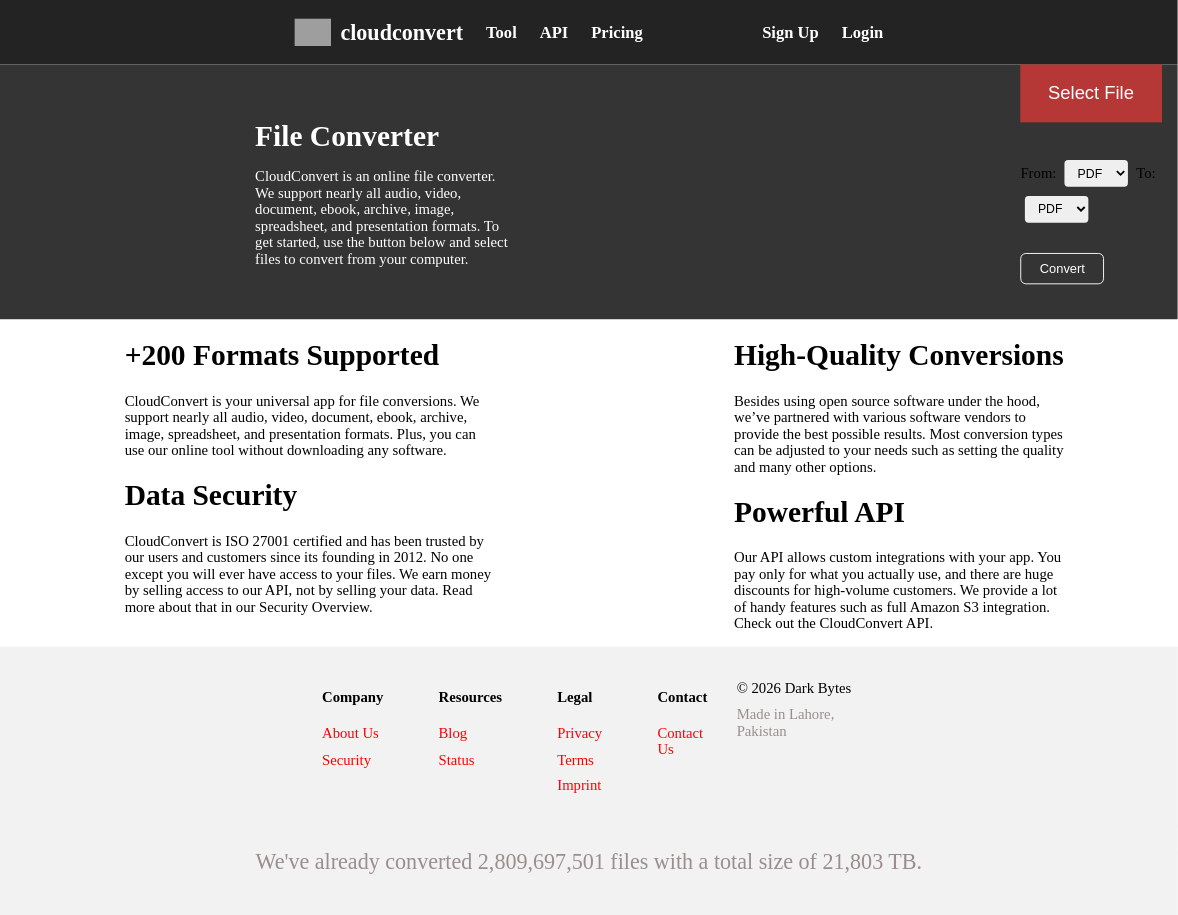
Repository: anfal-darkbytes/task_one
Page: http://localhost/
The author's editor kept a copy of each file at every save. The page is drawn from the files as they stood at one save, then again after the next save.
The browser window is 1280 px wide. The pictures show the whole page, at 92% of full size.
Pictures or frames that could not be fetched are drawn as grey boxes. The page is served by the project's application, run on Django 4.2 (manage.py).

Above is the page before, as saved 2026-01-09 07:15:49.

After the next save:
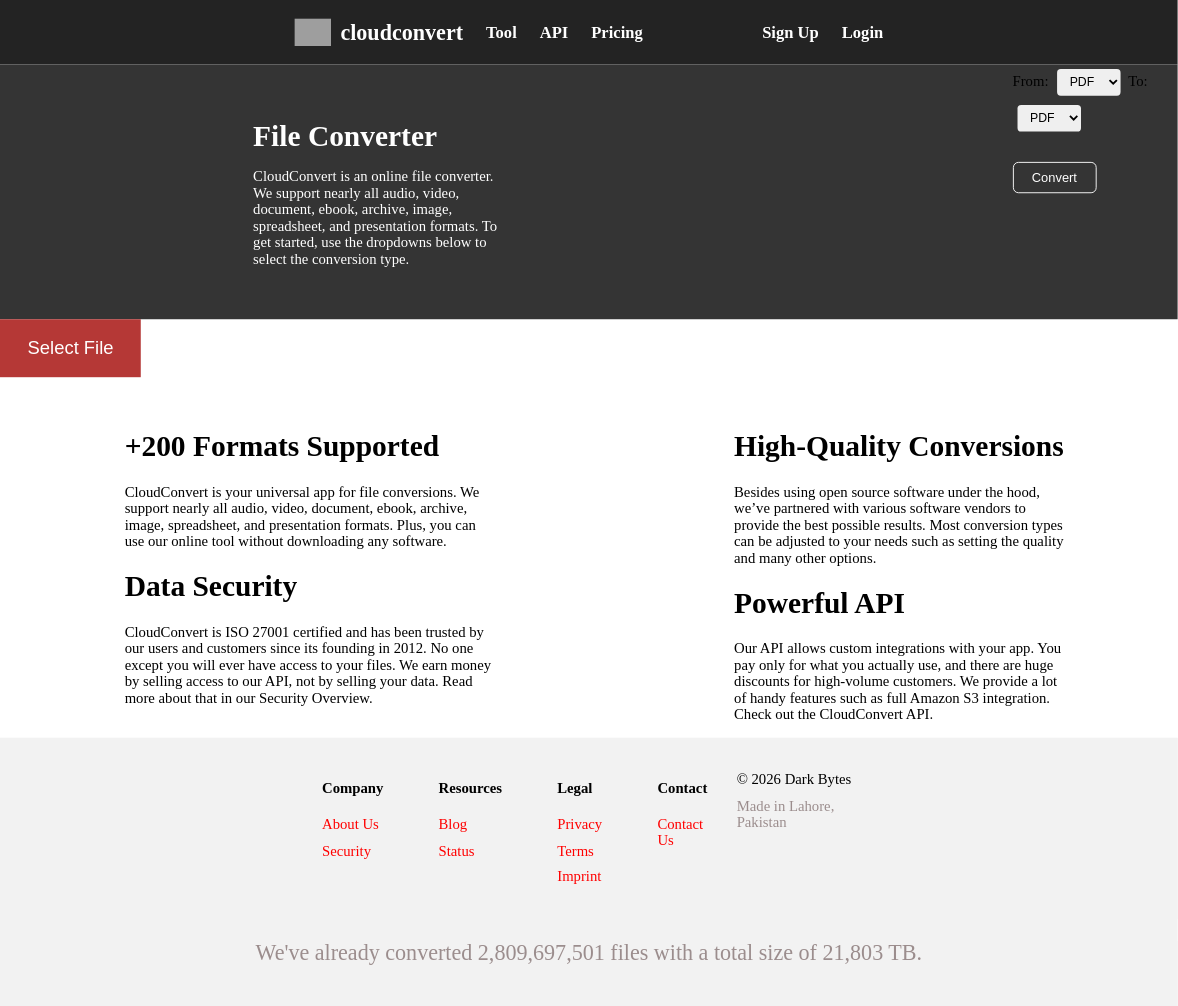
Saved 5 min 52 s later.
--- a/templates/index.html
+++ b/templates/index.html
@@ -8,8 +8,7 @@
           CloudConvert is an online file converter.
           We support nearly all audio, video, document, ebook,
           archive, image, spreadsheet, and presentation formats.
-          To get started, use the button below and select files
-          to convert from your computer.
+          To get started, use the dropdowns below to select the conversion type.
         </p>
     </div>
 
@@ -25,13 +24,7 @@
             <!-- Hidden file input -->
             <input type="file" name="file" id="file-input" style="display:none;" required>
 
-            <!-- Select File button -->
-            <button type="button" id="pick-image">
-                Select File
-            </button>
-
-            <br><br>
-            <!-- FROM / TO dropdowns below the button -->
+            <!-- FROM / TO dropdowns remain in top-body -->
             From:
             <select name="from_ext" required>
                 <option value="pdf">PDF</option>
@@ -54,6 +47,13 @@
 </div>
 
 <div class="middle-body">
+    <!-- Select File button moved here -->
+    <button type="button" id="pick-image">
+        Select File
+    </button>
+
+    <br><br>
+
     <!-- Download link here -->
     {% if output %}
         <p class="success">Download: <a href="{{ output }}" download>Click Here</a></p>
